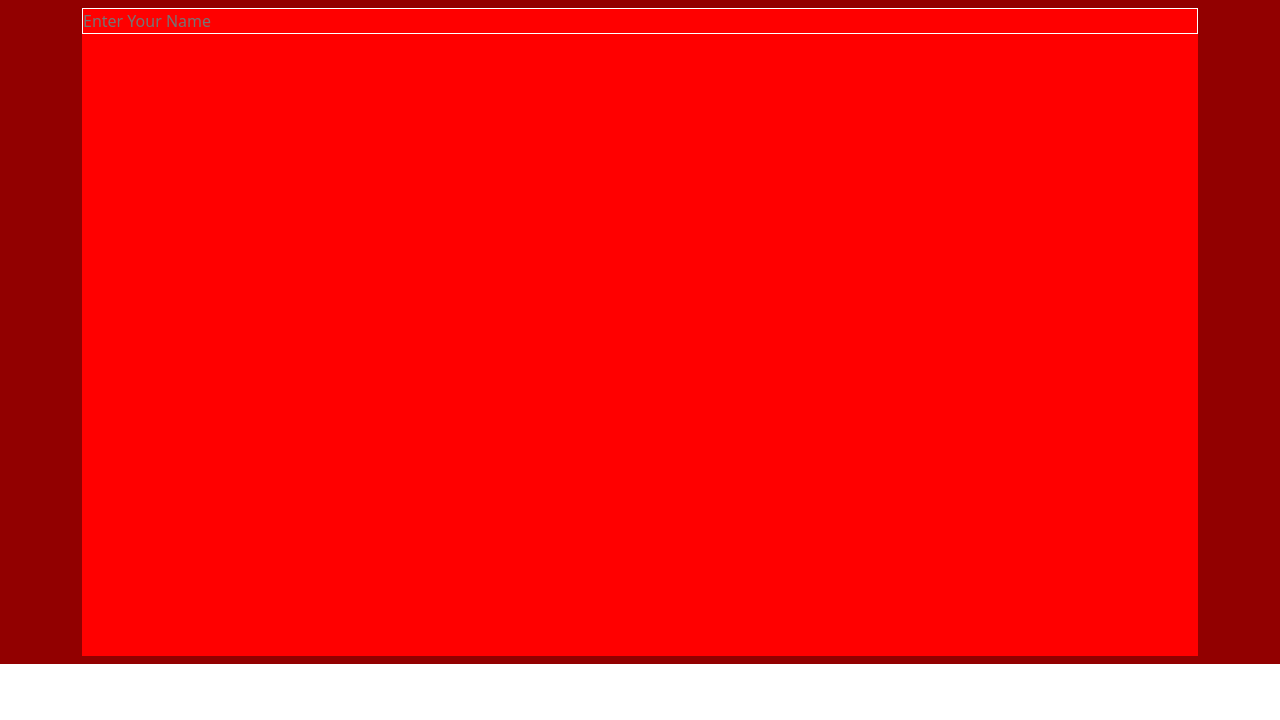
Repository: Haneef-Shaik/Greetings
Page: /
The author's editor kept a copy of each file at every save. The page is drawn from the files as they stood at one save, then again after the next save.
The browser window is 1280 px wide. The pictures show the whole page.
The project was rebuilt for these pictures with package versions that can differ from the ones it lists, and the page was loaded fresh each time. The framework's server and built-in components were replaced by stand-ins that run in the browser. Also part of the build but not shown: next.config.js, styles/card.module.scss, components/card.js, styles/socialShare.module.scss, components/socialShare.js.

Above is the page before, as saved 2021-12-01 20:08:00.

### pages/_app.js
import '../styles/globals.css'
import 'bootstrap/dist/css/bootstrap.css'


function MyApp({ Component, pageProps }) {
  return <Component {...pageProps} />
}

export default MyApp

### pages/index.js
import Card from "../components/card.js";
import {useRouter} from 'next/router';
import Ss from "../components/socialShare"
import InpFrm from "../components/form"

export default function Home() {
  const {query} = useRouter();
  const myurls='https://gratefulprayerthankfulheart.com/wp-content/uploads/2014/12/aquawhitechristmastreegreeting.jpg';

  if(query.length > 0)
  {

    if(query.greeting)
    {
      return (
        <>
          <Card event={query.event} image={query.bgImg} name={query.name} greeting={query.greeting}  />
        </>
          )
    }
    else
    {
      return (
        <>
          <Card event={query.event} image={query.bgImg} name={query.name}  />
        </>
          )
    }

  }
  else
  {
    return (
        <>
          <InpFrm />
        </>
        )
  }
    // return (
    //   <>
        {/* <Card event='Event' image={myurls} name='Name' color='red' greeting="Lorem Ipsum is simply dummy text of the printing and typesetting industry. Lorem Ipsum has been thing software like Aldus PageMaker including versions of Lorem Ipsum."  /> */}
        {/* <Ss mylink="localhost:3000/name=haneef&event=christmas" /> */}
    {/*     <Ss mylink="localhost:3000/name=haneef&event=christmasW&sddsajnodsoduaibdadbksa" /> */}
    //   </>
    //     )

}

### components/form.js
/* eslint-disable no-undef */
import React, {useState,useRef} from 'react'

import 'bootstrap/dist/css/bootstrap.min.css';
import styles from '../styles/form.module.scss';
import IMAGE from 'next/image'


function Edit() {
    return (
        <div className="container-fluid p-2 "  style={{backgroundColor:'#920000'} }>
            <div className="container">
                <div className="row">
                    <div className="col-12">
                        <div className={styles.formContainer} >
                            <form>
                                <input type="text" placeholder="Enter Your Name" className="col-12 inpName" />
                            </form>
                        </div>
                    </div>
                </div>
            </div>
        </div>
    )
}


class InvitationCard extends React.Component{
    render(){
        return (

                <div className="body p-2" style={{backgroundColor: this.props.c,backgroundImage:`url(${this.props.im})`,backgroundSize:350,backgroundRepeat:'no-repeat'}} >
                    <h1 id="heading" style={{color: this.props.heading}}>{this.props.name}</h1>
                    <p style={{marginTop: "50px",color: this.props.content}}>{this.props.message}</p>
                    <p style={{color: this.props.content}} id="toWhom">{this.props.to}</p>
                </div>
        )
    }

}



export default Edit;

### styles/form.module.scss
.formContainer{
    height:90vh;
    background-color:#FF0000;
    input{
        border:1px solid #FFFFFF;
        background-color:red;
    }
}

Loaded but not shown: styles/globals.css (common file)

After the next save:
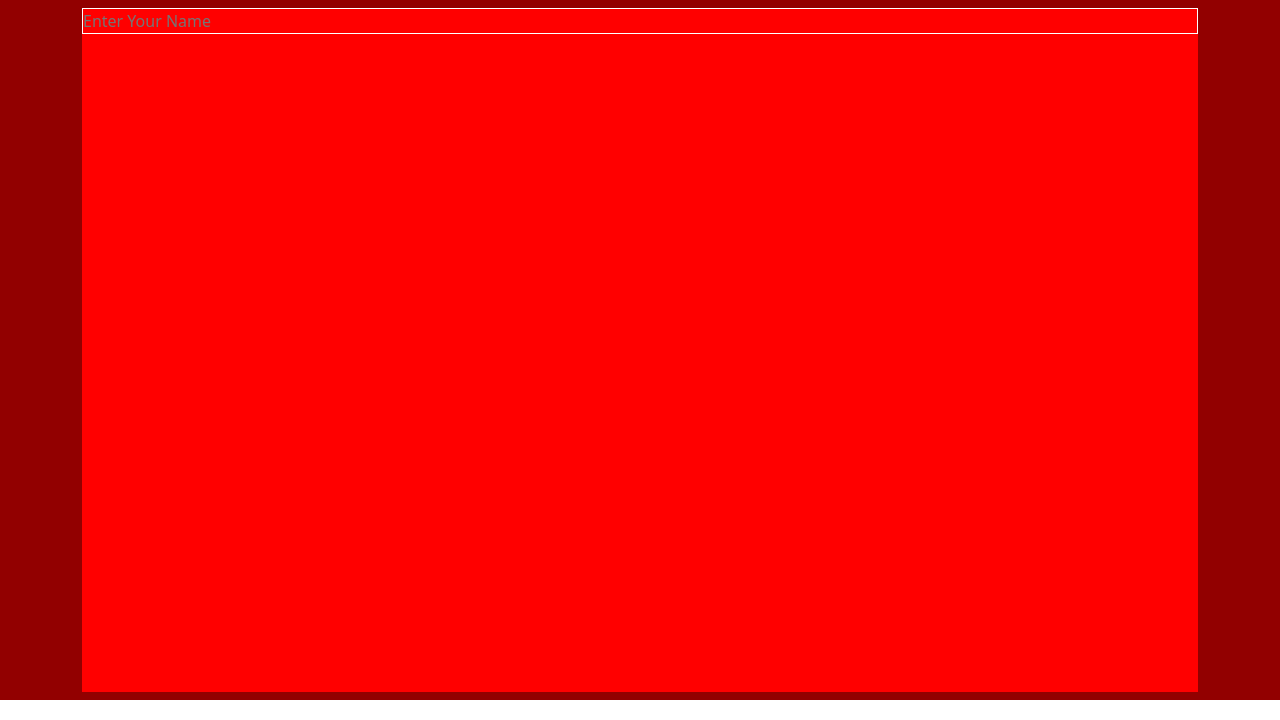
Saved 13 s later.
--- a/styles/form.module.scss
+++ b/styles/form.module.scss
@@ -1,5 +1,5 @@
 .formContainer{
-    height:90vh;
+    height:95vh;
     background-color:#FF0000;
     input{
         border:1px solid #FFFFFF;
